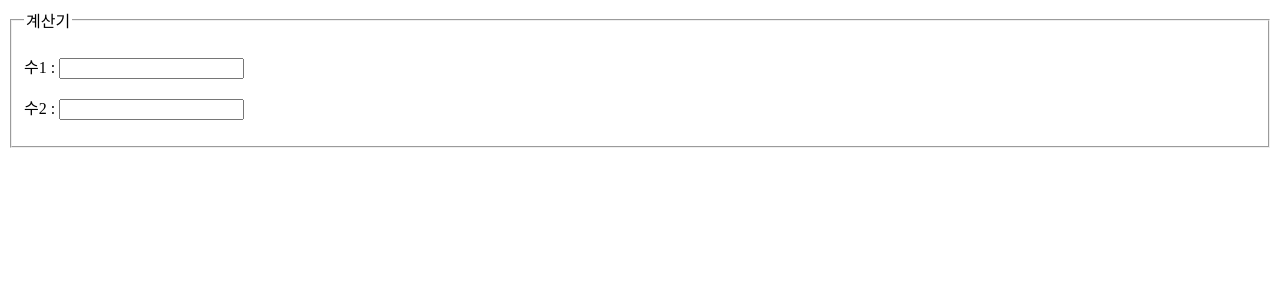
Repository: Kebiskim/2023_jspStudy
Page: 01_servlet/src/main/webapp/view/Ex07.html
An editor plug-in stored every save of this project. The page is shown before and after the next save, followed by the edit.
The browser window is 1280 px wide. The pictures show the whole page.

Above is the page before, as saved 2023-06-30 04:14:45.

### 01_servlet/src/main/webapp/view/Ex07.html
<!DOCTYPE html>
<html>
<head>
<meta charset="UTF-8">
<title>Calculator</title>
<style type="text/css">
	#border1{
	  width : 300px;
	  height: auto;
	  border: 1px solid lightgray;
	  padding: 10px;
	}
</style>
</head>
<body>
	<!-- <div id="border1">
		<p>계산기</p>
		<p>수1: <input type="text" name="num1" id="num1"></p>
		<p>수2: <input type="text" name="num2" id="num2"></p>
		<p>연산자: <input type="radio" name="chk_info" value="CSS">+
				 <input type="radio" name="chk_info" value="CSS">-
				 <input type="radio" name="chk_info" value="CSS">*
				 <input type="radio" name="chk_info" value="CSS">/
		</p>
		<button>결과보기</button>
	</div> -->

	<div>
		<form action="/01_servlet/Ex07" method="get">
			<!-- 맨 위 제목 포함해서 전체 내용 감싸는 박스 => fieldset -->
			<fieldset>
				<legend>계산기</legend>
				<p><label for="s1">수1 : </label>
				<input type="number" name="num1" id="num1" required="required"></p>
				<p><label for="s1">수2 : </label>
				<input type="number" name="num2" id="num2" required="required"></p>
			</fieldset>
		</form>
	</div>
</body>
</html>

After the next save:
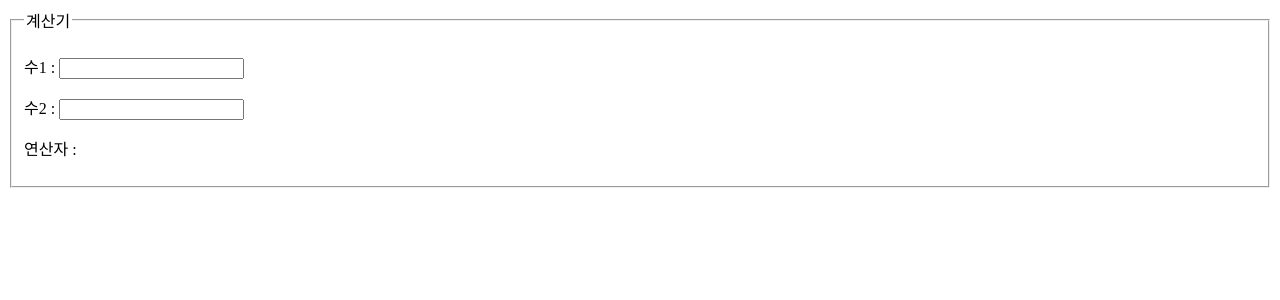
Saved 12 s later.
--- a/01_servlet/src/main/webapp/view/Ex07.html
+++ b/01_servlet/src/main/webapp/view/Ex07.html
@@ -34,6 +34,7 @@
 				<input type="number" name="num1" id="num1" required="required"></p>
 				<p><label for="s1">수2 : </label>
 				<input type="number" name="num2" id="num2" required="required"></p>
+				<p><label for="op">연산자 : </label>
 			</fieldset>
 		</form>
 	</div>
